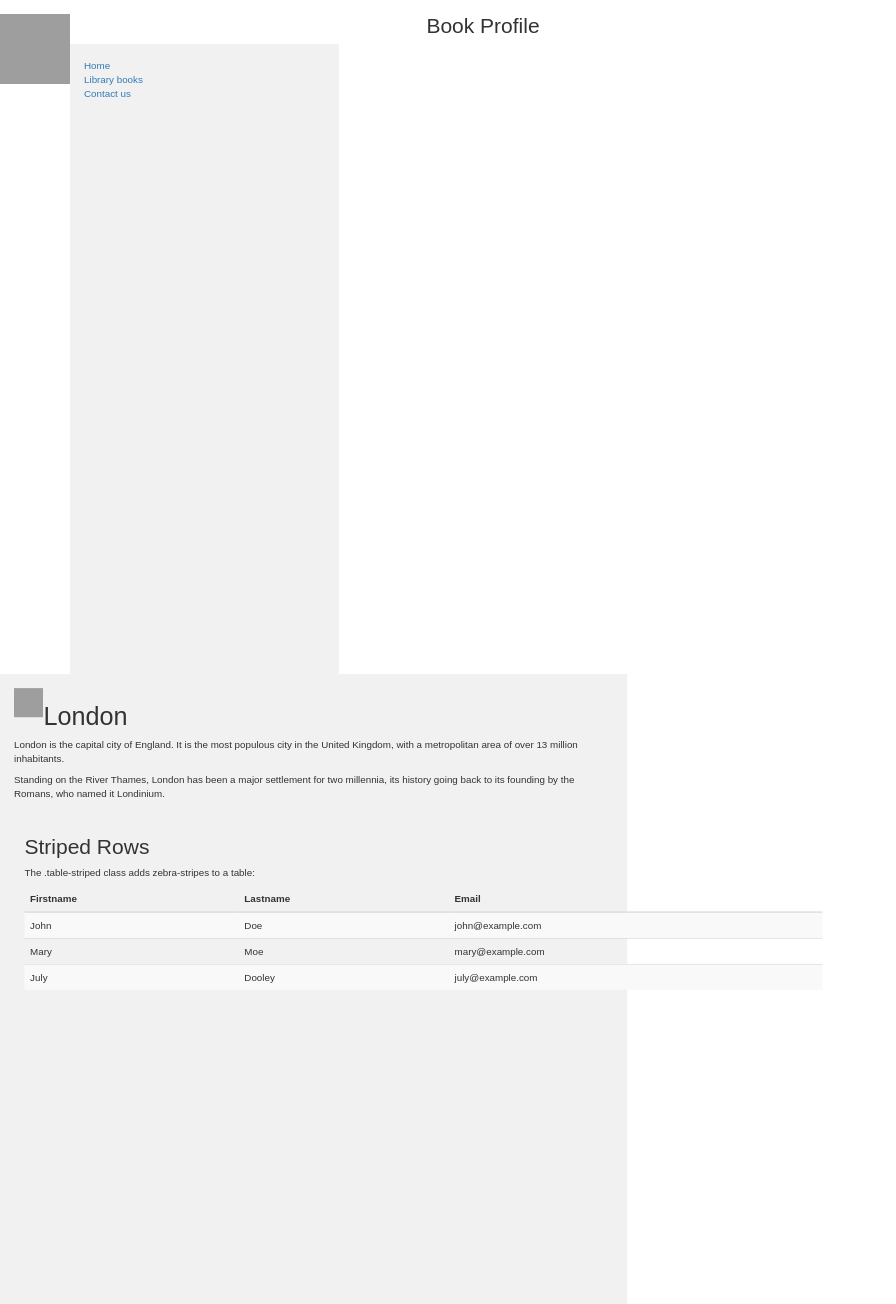
Repository: sandunigayanjali/Library_System
Page: http://localhost/library_management/bookProfille.jsp
An editor plug-in stored every save of this project. The page is shown before and after the next save, followed by the edit.
The browser window is 1280 px wide. The pictures show the whole page, at 70% of full size.
Pictures or frames that could not be fetched are drawn as grey boxes. The page is served by Tomcat 9.

Above is the page before, as saved 2018-11-24 12:38:42.

After the next save:
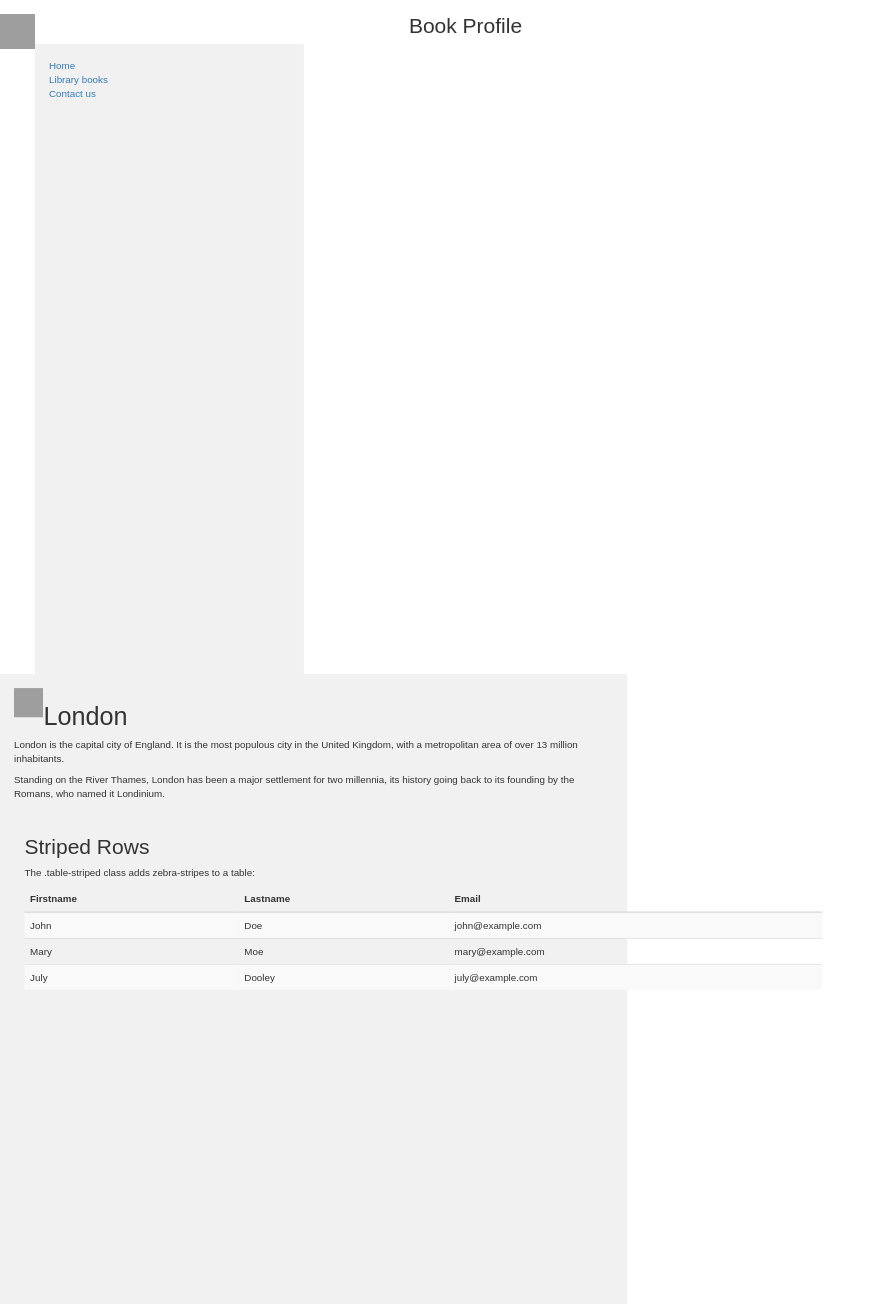
Saved 24 s later.
--- a/library management/WebContent/bookProfille.jsp
+++ b/library management/WebContent/bookProfille.jsp
@@ -76,7 +76,7 @@ align:center;
 </head>
 <body>
 <center>
-<img src="E:\desktop\level 2 semester 2\PROJECT\th.jpg" alt="HTML tutorial" style="float:left;width:100px;height:100px;border:0;">
+<img src="E:\desktop\level 2 semester 2\PROJECT\th.jpg" alt="HTML tutorial" style="float:left;width:50px;height:50px;border:0;">
 <h2>Book Profile</h2>
 </center>
 
